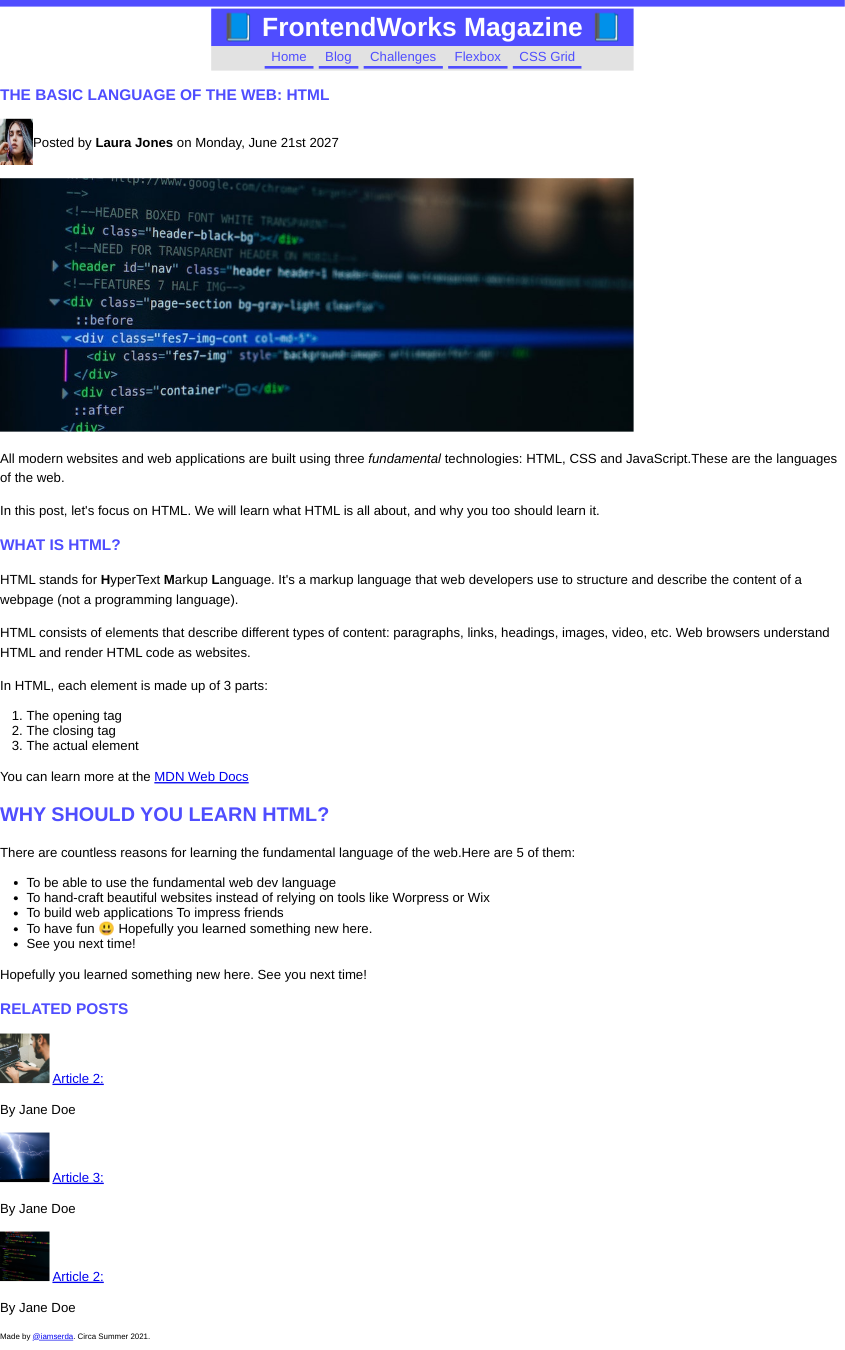
Repository: iamserda/html-css-course
Page: starter/02-HTML-Fundamentals/index.html
An editor plug-in stored every save of this project. The page is shown before and after the next save, followed by the edit.
The browser window is 1280 px wide. The pictures show the whole page, at 66% of full size.

Above is the page before, as saved 2021-07-17 17:36:06.

After the next save:
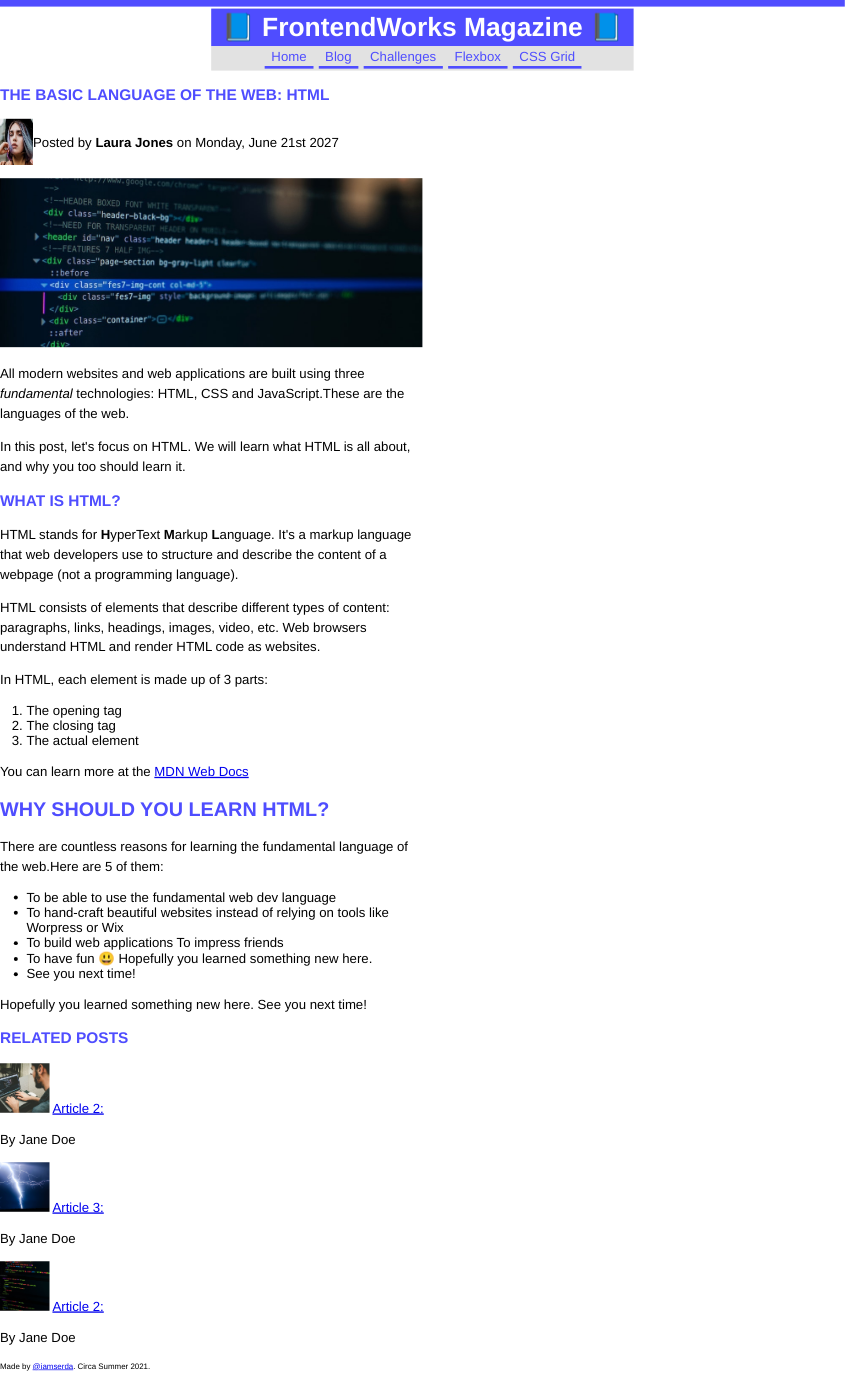
Saved 41 s later.
--- a/starter/02-HTML-Fundamentals/index.css
+++ b/starter/02-HTML-Fundamentals/index.css
@@ -89,7 +89,9 @@ nav li:hover {
 nav li:hover a {
     color: white;
 }
-
+article{
+    width: 50%;
+}
 footer p {
     font-size: 0.75rem;
 }
